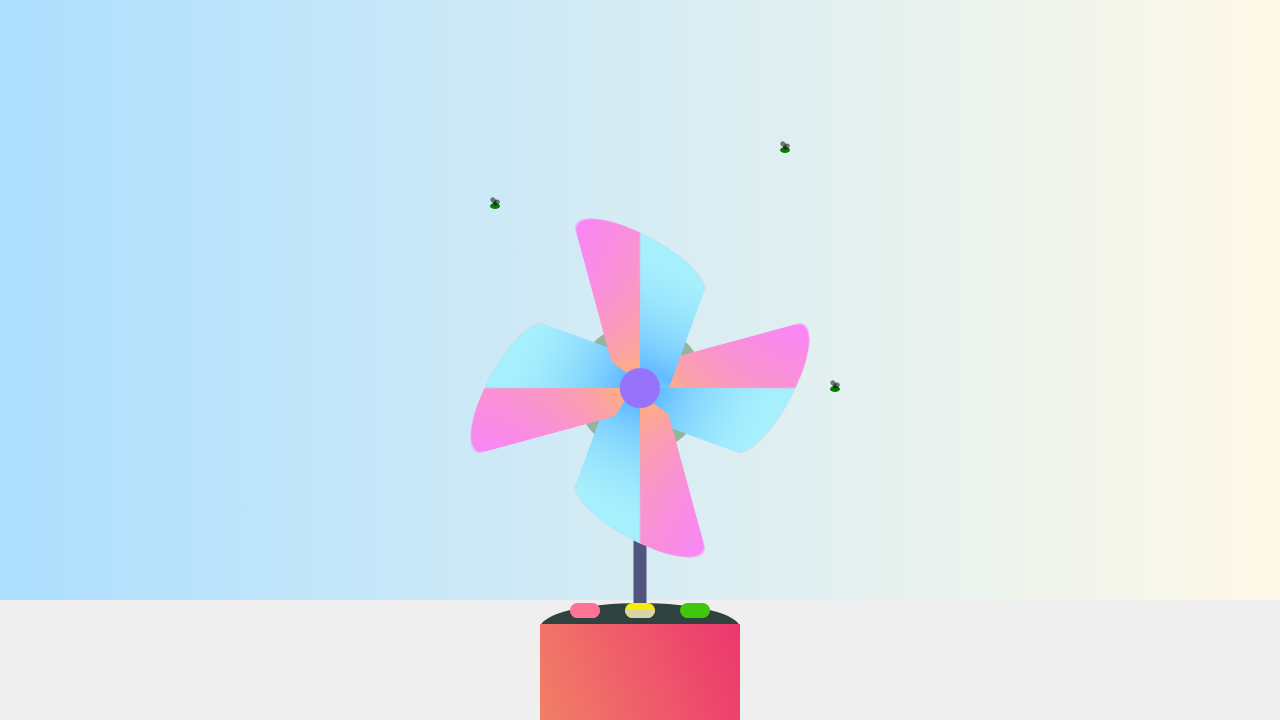
Repository: VuTuanAnh0949/CodeFan
Page: index.html
An editor plug-in stored every save of this project. The page is shown before and after the next save, followed by the edit.
The browser window is 1280 px wide. The pictures show the whole page.

Above is the page before, as saved 2022-06-22 12:04:58.

### index.html
<!DOCTYPE html>
<html lang="en">
<head>
    <meta charset="UTF-8">
    <meta http-equiv="X-UA-Compatible" content="IE=edge">
    <meta name="viewport" content="width=device-width, initial-scale=1.0">
    <title>Document</title>
    <link rel="stylesheet" href="style.css">
</head>
<body>
    <div class="windows">
        <div class="window"></div>

    </div>
    <div class="fan">
        <div class="fan__root"> <span class="top"> <label class="green" for="engine"></label> <label class="yellow"
                    for="engine2"></label> <label class="pink" for="jack"></label> </span> <span class="bottom"></span>
        </div>
        <div class="fan__staddle"></div> <input type="checkbox" id="jack" hidden />
        <div class="head">
            <div class="fan__engine"> <span class="center"></span> </div> <input type="checkbox" id="engine" hidden
                checked />
            <div> <span class="fly"></span> <span class="fly"></span> <span class="fly"></span>
                <div class="fan__blades"> <input type="checkbox" id="engine2" hidden checked />
                    <div class="fan__blades">
                        <div class="center"></div>
                        <div class="blade"><span></span></div>
                        <div class="blade"><span></span></div>
                        <div class="blade"><span></span></div>
                        <div class="blade"><span></span></div>
                    </div>
                </div>
            </div>
        </div>
    </div>

</body>
</html>

### style.css
html {
    overflow: hidden;
}

body {
    overflow: hidden;
    margin: 0;
    padding: 0;
    background: linear-gradient(90deg, #addfff, #fff9e8);
    display: flex;
    justify-content: center;
    align-items: center;
    width: 100vw;
    height: 100vh;
    position: relative;
}

body::after {
    position: absolute;
    width: 100%;
    content: "";
    height: calc(100% - 600px);
    z-index: 0;
    background: #efefef;
    bottom: 0;
}

@keyframes spin {
    from {
        transform: rotate(0deg);
    }

    to {
        transform: rotate(360deg);
    }
}

@keyframes off {
    to {
        transform: rotate(380deg);
    }
}

@keyframes off2 {
    to {
        transform: rotate(880deg);
    }
}

@keyframes fly {
    to {
        margin-top: 50px;
    }
}

span {
    display: block;
}

.windows {
    width: 100vw;
    height: 100vh;
    position: absolute;
    z-index: 0;
    top: 0;
    left: 0;
    display: flex;
    align-content: flex-start;
}


.fly {
    transition: 0.5s all cubic-bezier(0.04, 0.06, 0, 1.18), 1s transform;
    width: 10px;
    height: 6px;
    background: green;
    border-radius: 50%;
    position: absolute;
    animation: fly 5s alternate infinite ease-in-out;
}

.fly:nth-of-type(1) {
    top: -78px;
    left: -200px;
}

.fly:nth-of-type(2) {
    transform: translateY(-10px);
    animation-delay: 4s;
    top: 5px;
    right: -250px;
}

.fly:nth-of-type(3) {
    transform: translateY(0px);
    top: 400px;
    animation-delay: 2s;
    right: -400px;
}

.fly::after,
.fly::before {
    content: "";
    position: absolute;
    width: 7px;
    height: 5px;
    background-color: rgba(0, 0, 0, 0.5);
    display: block;
    border-radius: 50%;
}

.fly::before {
    bottom: 4px;
    transform: rotate(325deg);
    left: 3px;
}

.fly::after {
    transform: rotate(45deg);
    bottom: 6px;
}

.fan {
    width: 500px;
    height: 500px;
    position: relative;
    z-index: 1;
    margin-top: 75px;
    perspective: 500px;
}

.fan::after {
    content: "";
    display: block;
    position: absolute;
    height: 500px;
    width: 200px;
    background-image: linear-gradient( 68.3deg,  rgba(245,177,97,1) 0.4%, rgba(236,54,110,1) 100.2% );
    top: calc(100% - 24px);
    left: calc(50% - 100px);

}

.fan__root {
    width: 200px;
    position: absolute;
    bottom: 0;
    left: 50%;
    transform: translateX(-50%);
}

.fan__root .top {
    overflow: hidden;
    width: 200px;
    height: 25px;
    position: relative;
}

.fan__root .top::after {
    content: "";
    display: block;
    width: 200px;
    height: 50px;
    background: #2f423f;
    border-radius: 50%;
}

.fan__root .top .green {
    position: absolute;
    width: 30px;
    height: 15px;
    border-radius: 15px;
    display: block;
    right: 30px;
    background: #3EC70B;
    cursor: pointer;
    overflow: hidden;
}

.fan__root .top .yellow {
    position: absolute;
    width: 30px;
    height: 15px;
    border-radius: 15px;
    display: block;
    right: 85px;
    background: #F7EC09;
    cursor: pointer;
    overflow: hidden;
}

.fan__root .top .yellow::after {
    content: "";
    display: block;
    width: 100%;
    height: 50%;
    position: absolute;
    bottom: 0;
    background: #F7EC09;
}

.fan__root .top .yellow::after {
    content: "";
    display: block;
    width: 100%;
    height: 50%;
    position: #F7EC09;
    bottom: 0;
    background: #D6D5A8;
}

.fan__root .top .pink {
    position: absolute;
    cursor: pointer;
    width: 30px;
    height: 15px;
    border-radius: 15px;
    display: block;
    left: 30px;
    background: #FF7396;
    overflow: hidden;
}

.fan__root .top .pink::after {
    content: "";
    display: block;
    width: 100%;
    height: 50%;
    position: absolute;
    bottom: 0;
    background: #FF7396;
}

.fan__root .bottom {
    overflow: hidden;
    width: 500px;
    height: 20px;
}

.fan__root .bottom::after {
    content: "";
    display: block;
    width: 200px;
    height: 40px;
    background: #2f423f;
    border-radius: 18%;
    transform: translateY(-30px);
}

.fan__staddle {
    position: absolute;
    bottom: 45px;
    background: #51557E;
    height: 270px;
    width: 13px;
    left: 50%;
    transform: translateX(-50%);
}

.fan__engine {
    position: absolute;
    bottom: 0px;
    width: 130px;
    height: 130px;
    background: #94B49F;
    border-radius: 50%;
    left: 50%;
    transform: translateX(-50%);
}

.fan__engine::after {
    content: "";
    background: red;
    display: block;
    width: 25px;
    height: 50px;
    position: absolute;
    top: 105px;
    left: 50%;
    transform: translateX(-50%);
    border-radius: 0 0 5px 5px;
}

.fan__blades {
    width: 230px;
    height: 230px;
    position: absolute;
    bottom: -50px;
    transition: 2s;
    transform-origin: center center;
    left: calc(50% - 115px);
    z-index: 1;
    animation: spin infinite 0.38s linear forwards;
}

.fan__blades .fan__blades {
    bottom: 0;
    animation: spin infinite 0.5s linear forwards;
}

.fan__blades .blade {
    position: absolute;
    width: 80px;
    height: 100%;
    left: 50%;
    transform: translateX(-50%) skewY(25deg);
    perspective: 500px;
    transform-style: preserve-3d;
}

.fan__blades .blade:nth-child(2) {
    transform: translateX(-50%) rotate(90deg) skewY(25deg);
}

.fan__blades .blade:nth-child(3) {
    transform: translateX(-50%) rotate(180deg) skewY(25deg);
}

.fan__blades .blade:nth-child(4) {
    transform: translateX(-50%) rotate(270deg) skewY(25deg);
}

.fan__blades .blade span {
    width: 100%;
    height: 200%;
    border-radius: 44px;
    background-image: linear-gradient( 102.4deg,  rgba(253,189,85,1) 7.8%, rgba(249,131,255,1) 100.3% );;
    position: absolute;
    top: -66px;
    display: block;
    transform-style: preserve-3d;
    transform: rotateX(81deg);
    overflow: hidden;
}

.fan__blades .blade span::after {
    width: 50%;
    height: 100%;
    content: "";
    display: block;
    background-image: radial-gradient( circle farthest-corner at 10% 20%,  rgba(97,186,255,1) 0%, rgba(166,239,253,1) 90.1% );
    transform: rotate(0deg);
}

.fan__blades .center {
    position: absolute;
    overflow: hidden;
    width: 40px;
    height: 40px;
    border-radius: 50%;
    left: 50%;
    top: 50%;
    transform: translate(-50%, -50%) rotate(45deg);
    background: #9772FB;
    z-index: 2;
}

.fan__blades .center::after {
    display: block;
    content: "";
    width: 40px;
    height: 20px;
    background: #9772FB;
}

.head {
    transition: 1s transform;
    height: auto;
    width: auto;
    position: absolute;
    width: 300px;
    height: 300px;
    bottom: 195px;
    left: calc(50% - 150px);
    /* transform: translateX(-50%); */
}

#engine:checked+div>div {
    animation: off2 1s ease-out forwards;
}

#engine:checked+div>span:nth-child(1) {
    transition: 5s all ease-in-out, 1s transform;
    left: 0px;
    top: 0px;
}

#engine:checked+div>span:nth-child(2) {
    transition: 5s all ease-in-out, 1s transform;
    right: 0px;
    top: 0px;
}

#engine:checked+div>span:nth-child(3) {
    transition: 7s all ease-in-out, 1s transform;
    right: -50px;
    top: 200px;
}

#engine2:checked+div {
    animation: off 1s ease-out forwards;
}

#jack:checked+div {
    transform: translateY(-115px);
}

#jack:checked+div>div:nth-child(3)>span {
    transform: translateY(115px);
}

After the next save:
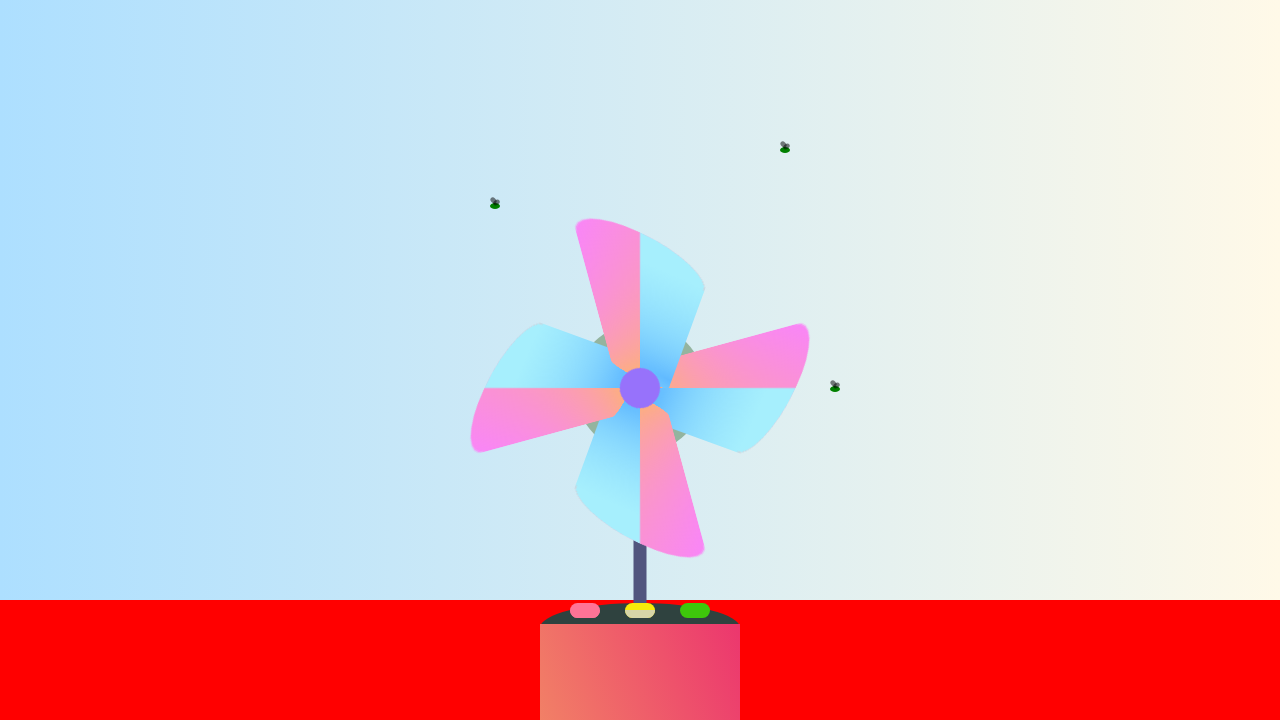
Saved 28 s later.
--- a/style.css
+++ b/style.css
@@ -21,7 +21,7 @@ body::after {
     content: "";
     height: calc(100% - 600px);
     z-index: 0;
-    background: #efefef;
+    background: red;
     bottom: 0;
 }
 
